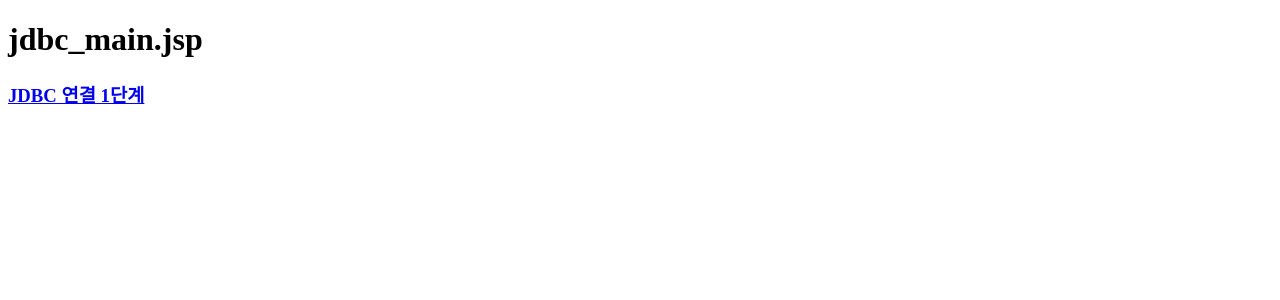
Repository: junesse-afk/ITJSP
Page: http://localhost/StudyJSP/jsp10_jdbc/jdbc_main.jsp
An editor plug-in stored every save of this project. The page is shown before and after the next save, followed by the edit.
The browser window is 1280 px wide. The pictures show the whole page.
The page is served by Tomcat 10. Other server files are loaded and not shown.

Above is the page before, as saved 2024-11-27 02:33:00.

### workspace_jsp/StudyJSP/src/main/webapp/jsp10_jdbc/jdbc_main.jsp
<%@ page language="java" contentType="text/html; charset=UTF-8"
    pageEncoding="UTF-8"%>
<!DOCTYPE html>
<html>
<head>
<meta charset="UTF-8">
<title>Insert title here</title>
</head>
<body>

	<h1>jdbc_main.jsp</h1>
	<h3><a href="connect1.jdbc">JDBC 연결 1단계</a></h3>

</body>
</html>

After the next save:
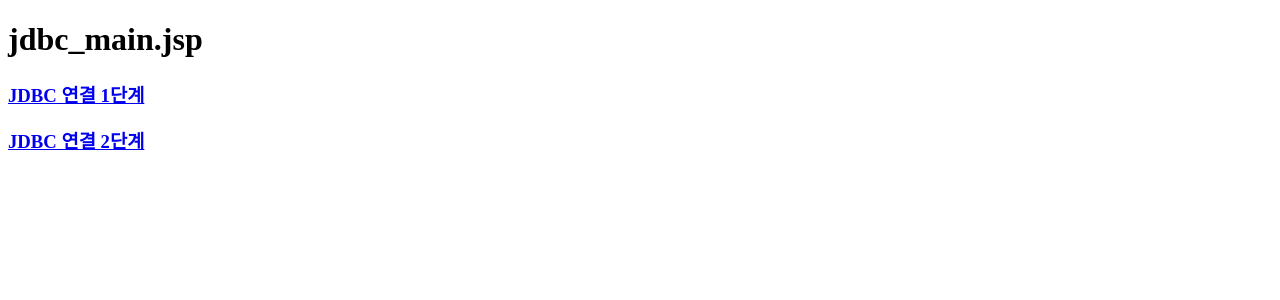
Saved 6 s later.
--- a/workspace_jsp/StudyJSP/src/main/webapp/jsp10_jdbc/jdbc_main.jsp
+++ b/workspace_jsp/StudyJSP/src/main/webapp/jsp10_jdbc/jdbc_main.jsp
@@ -10,6 +10,7 @@
 
 	<h1>jdbc_main.jsp</h1>
 	<h3><a href="connect1.jdbc">JDBC 연결 1단계</a></h3>
+	<h3><a href="connect2.jdbc">JDBC 연결 2단계</a></h3>
 
 </body>
 </html>
